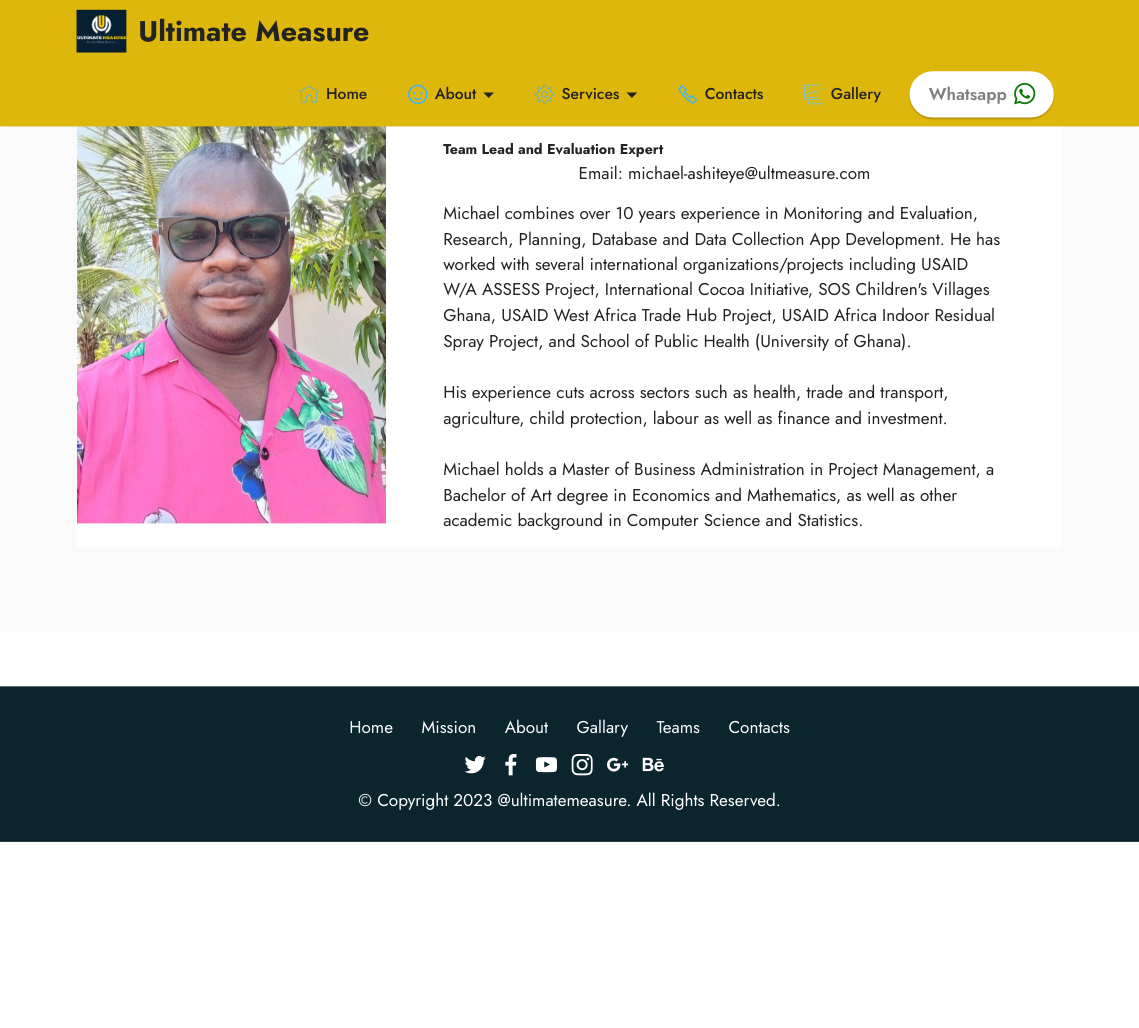
Repository: Saviour-Dagadu/ultMeasure
Page: page1.html
The author's editor kept a copy of each file at every save. The page is drawn from the files as they stood at one save, then again after a run of saves.
The browser window is 1280 px wide. The pictures show the whole page, at 89% of full size.

Above is the page before, as saved 2023-07-19 03:41:14.

After the next 3 saves:
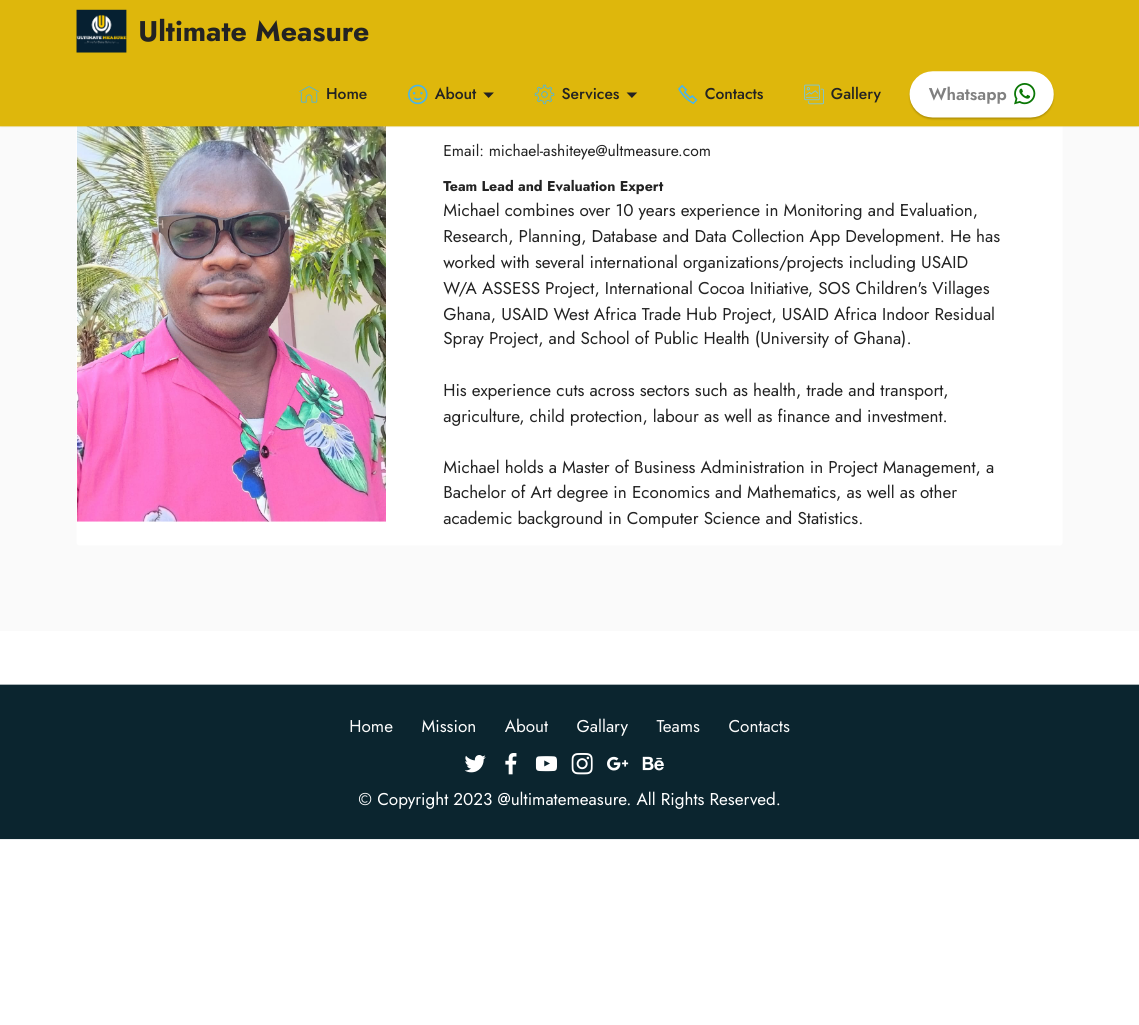
The 3 saves are shown as one change because they came seconds apart.
The last was saved 16 s later.
--- a/page1.html
+++ b/page1.html
@@ -51,9 +51,9 @@
                     <div class="col-12 col-md">
                         <div class="card-box">
                             <h5 class="card-title mbr-fonts-style m-0 mb-3 display-5"><strong>Michael Ashitey</strong></h5>
-                            <h6 class="card-subtitle mbr-fonts-style mb-3 display-4"></h6>
+                            <h6 class="card-subtitle mbr-fonts-style mb-3 display-4">Email: michael-ashiteye@ultmeasure.com</h6>
 <div><strong>Team Lead and Evaluation Expert</strong><br></div></h6>
-<p class="card-text mbr-fonts-style align-center display-7">Email: michael-ashiteye@ultmeasure.com<br></p>
+
                             <p class="mbr-text mbr-fonts-style display-7">Michael combines over 10 years experience in Monitoring and Evaluation, Research, Planning, Database and Data Collection App Development. He has worked with several international organizations/projects including USAID W/A ASSESS Project, International Cocoa Initiative, SOS Children's Villages Ghana, USAID West Africa Trade Hub Project, USAID Africa Indoor Residual Spray Project, and School of Public Health (University of Ghana). <br><br>His experience cuts across sectors such as health, trade and transport, agriculture, child protection, labour as well as finance and investment.
 <br><br>Michael holds a Master of Business Administration in Project Management, a Bachelor of Art degree in Economics and Mathematics, as well as other academic background in Computer Science and Statistics.</p>
 
